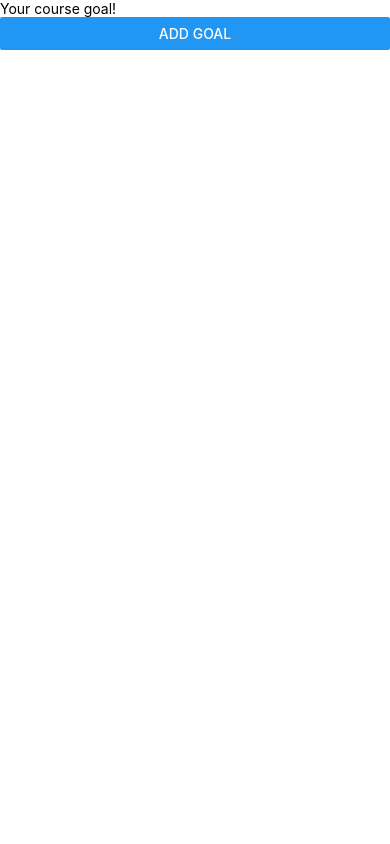
Repository: akinolapo/ToDoApp
Screen: /
These files come from the project's save history. The screen is drawn as it stood at one moment and after the next save; the edit follows.
The app was drawn by React Native's web renderer in a window 390 px wide. The project was rebuilt for these pictures with package versions that can differ from the ones it lists, and the page was loaded fresh each time.

Above is the screen before, as saved 2022-09-15 12:56:58.

After the next save:
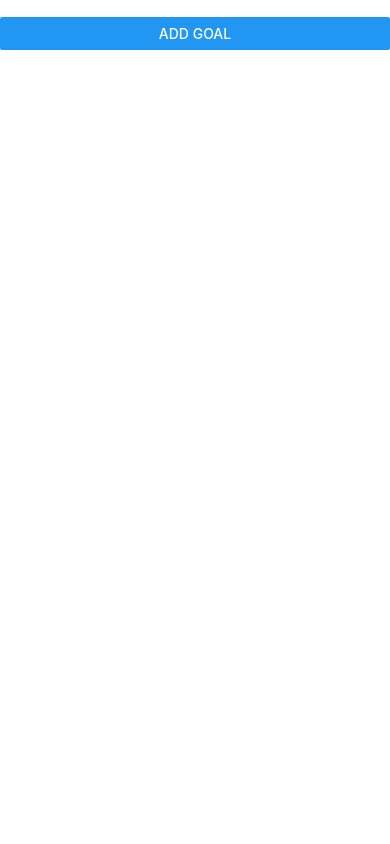
Saved 29 s later.
--- a/App.js
+++ b/App.js
@@ -5,7 +5,7 @@
   return (
     <View>
       <View>
-        <TextInput placeholder='Your course goal!'/>
+        <TextInput Placeholder='Your course goal!'/>
         <Button title='Add Goal'/>
       </View>
       <View></View>

After the save that followed:
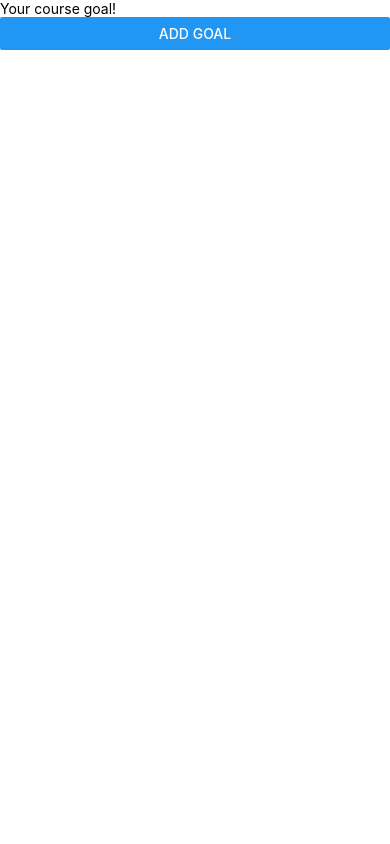
Saved 6 s later.
--- a/App.js
+++ b/App.js
@@ -5,7 +5,7 @@
   return (
     <View>
       <View>
-        <TextInput Placeholder='Your course goal!'/>
+        <TextInput placeholder='Your course goal!'/>
         <Button title='Add Goal'/>
       </View>
       <View></View>
